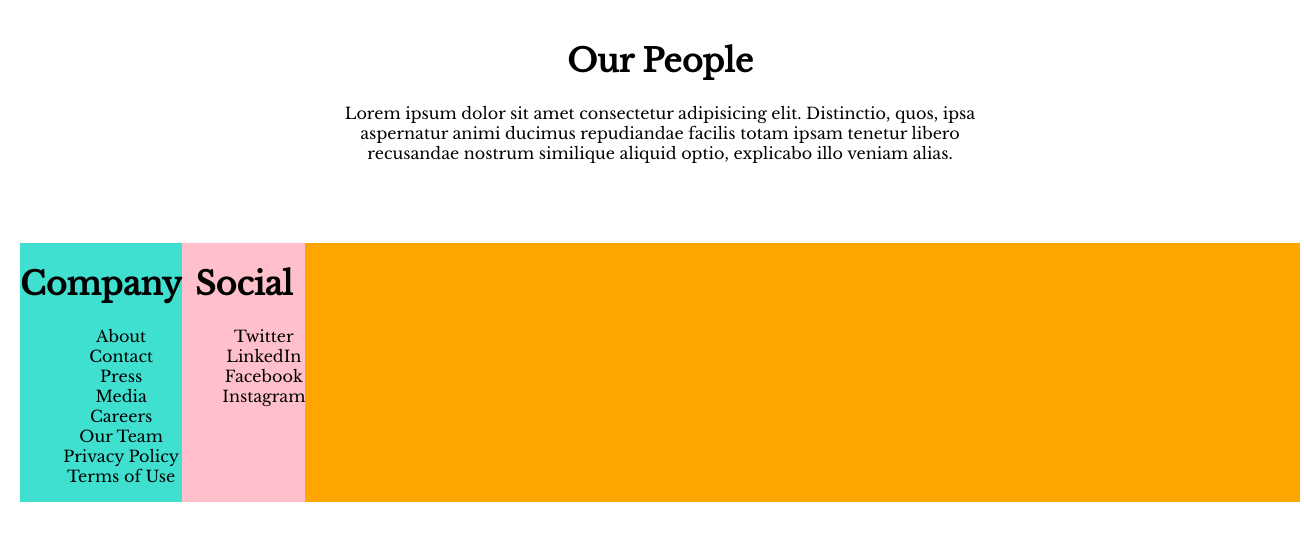
Repository: Tsardines/app
Page: / (app in my-app/)
An editor plug-in stored every save of this project. The page is shown before and after a run of saves, followed by the edit.
The browser window is 1280 px wide. The page is 1304 px wide, so the pictures cover 1304 px, including what lies to the right of the window. The pictures show the whole page.
The page's requests for data from a server got no answer. The project was rebuilt for these pictures with package versions that can differ from the ones it lists, and the page was loaded fresh each time. No one was signed in, and anything a server would have sent is missing.

Above is the page before, as saved 2018-11-14 19:09:01.

### my-app/public/index.html
<!DOCTYPE html>
<html lang="en">
  <head>
    <meta charset="utf-8">
    <meta name="viewport" content="width=device-width, initial-scale=1, shrink-to-fit=no">
    <meta name="theme-color" content="#000000">
    <!--
      manifest.json provides metadata used when your web app is added to the
      homescreen on Android. See https://developers.google.com/web/fundamentals/web-app-manifest/
    -->
    <link rel="manifest" href="%PUBLIC_URL%/manifest.json">
    <link href="https://fonts.googleapis.com/css?family=Libre+Baskerville" rel="stylesheet">
    <!--
      Notice the use of %PUBLIC_URL% in the tags above.
      It will be replaced with the URL of the `public` folder during the build.
      Only files inside the `public` folder can be referenced from the HTML.

      Unlike "/favicon.ico" or "favicon.ico", "%PUBLIC_URL%/favicon.ico" will
      work correctly both with client-side routing and a non-root public URL.
      Learn how to configure a non-root public URL by running `npm run build`.
    -->
    <title>React App</title>
  </head>
  <body>
    <noscript>
      You need to enable JavaScript to run this app.
    </noscript>
    <div id="root"></div>
    <!--
      This HTML file is a template.
      If you open it directly in the browser, you will see an empty page.

      You can add webfonts, meta tags, or analytics to this file.
      The build step will place the bundled scripts into the <body> tag.

      To begin the development, run `npm start` or `yarn start`.
      To create a production bundle, use `npm run build` or `yarn build`.
    -->
  </body>
</html>

### my-app/src/index.css
body {
  margin: 0;
  padding: 0;
  font-family: 'Libre Baskerville', serif;
  -webkit-font-smoothing: antialiased;
  -moz-osx-font-smoothing: grayscale;
}

code {
  font-family: source-code-pro, Menlo, Monaco, Consolas, "Courier New",
    monospace;
}

### my-app/src/App.js
import React, { Component } from 'react';

import Footer from './components/Footer.js';
import './App.css';

class App extends Component {
  constructor(props) {
    super(props);

    this.state = {
      items: []
    };
    this.componentWillMount = this.componentWillMount.bind(this);
  }

  componentWillMount() {
    fetch('https://api.myjson.com/bins/vz2rm')
    .then(res => res.json())
    .then(data => {
      this.setState({ items: data });
    });
  }


  render() {

    const { items } = this.state;

    return (
      <div className="App">

      <span className="our-people"><h1>Our People</h1></span>
      <span className="intro"><p>Lorem ipsum dolor sit amet consectetur adipisicing elit. Distinctio, quos, ipsa aspernatur animi ducimus repudiandae facilis totam ipsam tenetur libero recusandae nostrum similique aliquid optio, explicabo illo veniam alias.</p></span>

          { items.map((item, num) => {
              return (

                <div className="people">

                  <div className="elem">
                    <p key={num}>{item.elems}</p>
                  </div>

                    <p key={num}><strong>{item.name}</strong></p>
                    <p key={num}><small>{item.title}</small></p>

                  <div className="hidden">
                    <p key={num}>{item.email}</p>
                    <p key={num}><strong>Office: </strong>{item.office}</p>
                  </div>

                </div>

              );

            })}

            <Footer />

      </div>
    );
  }
}


export default App;

### my-app/src/components/Footer.js
import React from 'react';
import './Footer.css';

const Footer = () => {
  return (

    <div className="footer">

        <div className="left">
            <h1>Company</h1>
            <ul>
                <li>About</li>
                <li>Contact</li>
                <li>Press</li>
                <li>Media</li>
                <li>Careers</li>
                <li>Our Team</li>
                <li>Privacy Policy</li>
                <li>Terms of Use</li>
            </ul>
        </div>

        <div className="right">
            <h1>Social</h1>
            <ul>
                <li>Twitter</li>
                <li>LinkedIn</li>
                <li>Facebook</li>
                <li>Instagram</li>
            </ul>
        </div>

    </div>
  );
}

export default Footer;

### my-app/src/App.css
.App {
  display: flex;
  flex-direction: column;
  flex-flow: row nowrap;
  flex-wrap: wrap;
  margin: 1em;
  max-width: 100%;
  overflow-x: hidden;
  padding: 0.25em;
  text-align: center;
  width: 100%;
}

.our-people {
  text-align: center;
  width: 100%;
}

.intro p {
  margin: auto;
  padding-bottom: 5em;
  width: 50%;
}

.people {
  background-color: #f8f8f8;
  border: 1px solid #f6f6f6;
  height: 22vh;
  margin: 0.5em;
  /* max-height: 22vh;
  max-width: 13vw; */
  /* min-height: 22vh;
  min-width: 13vw; */
  padding: 1.5em;
  text-align: left;
  width: 13vw;
}

.elem {
  font-size: 3.45em;
  margin-bottom: -1em;
  margin-top: -1em;
}

.elem:hover {
  color: #87f0f9;
  transition: 0.2s;
}

.hidden {
  font-size: 0.75em;
  opacity: 0.15;
}

.hidden:hover {
  opacity: 1;
  transition: 0.4s;
}

### my-app/src/components/Footer.css
.footer {
    background-color: orange;
    display: flex;
    justify-content: flex-end space-between;
    width: 100%;
}

.left ul li, .right ul li {
    list-style-type: none;
}

.left {
    background-color: turquoise;
    float: left;
}

.right {
    background-color: pink;
    float: right;
}

Loaded but not shown: my-app/src/index.js (common file); my-app/src/serviceWorker.js (common file)

After the next 2 saves:
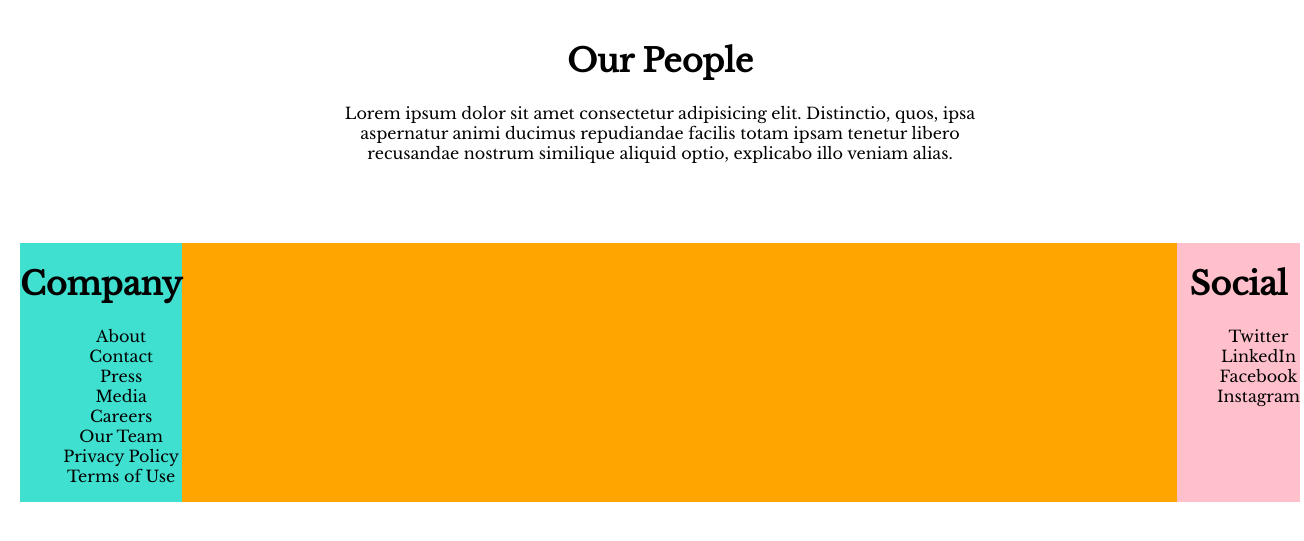
The 2 saves are shown as one change because they came seconds apart.
The last was saved 6 s later.
--- a/my-app/src/components/Footer.css
+++ b/my-app/src/components/Footer.css
@@ -1,7 +1,7 @@
 .footer {
     background-color: orange;
     display: flex;
-    justify-content: flex-end space-between;
+    justify-content: space-between;
     width: 100%;
 }
 
